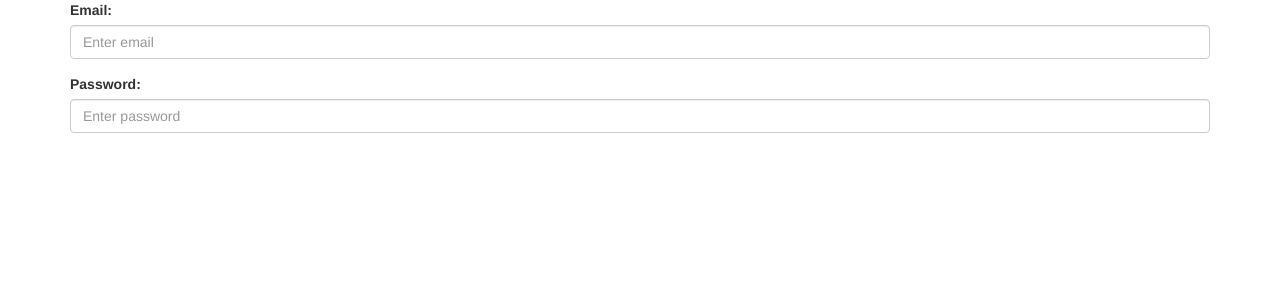
Repository: ahpraveen/springbootdemo
Page: demo/src/main/resources/static/login.html
The author's editor kept a copy of each file at every save. The page is drawn from the files as they stood at one save, then again after the next save.
The browser window is 1280 px wide. The pictures show the whole page.
Some web libraries are served in a nearby version.

Above is the page before, as saved 2018-01-22 00:50:15.

After the next save:
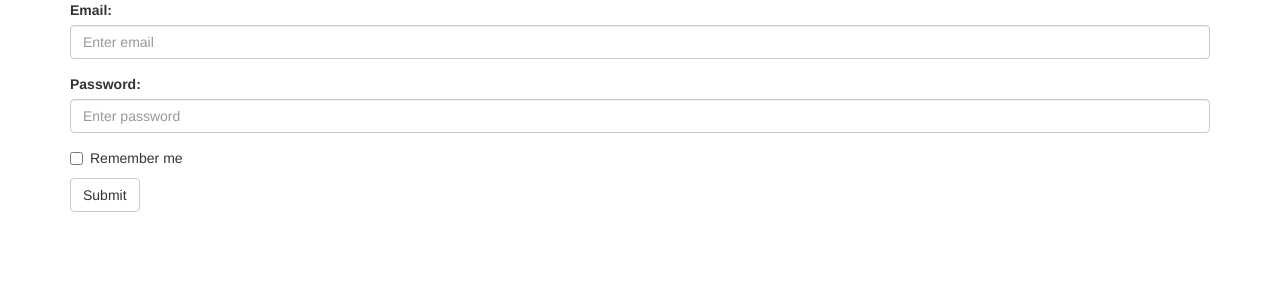
Saved 35 s later.
--- a/demo/src/main/resources/static/login.html
+++ b/demo/src/main/resources/static/login.html
@@ -19,6 +19,10 @@
       <label for="pwd">Password:</label>
       <input type="password" class="form-control" id="pwd" placeholder="Enter password" name="pwd">
     </div>
+    <div class="checkbox">
+      <label><input type="checkbox" name="remember"> Remember me</label>
+    </div>
+    <button type="submit" class="btn btn-default">Submit</button>
 </form>
 </div>
 </body>
